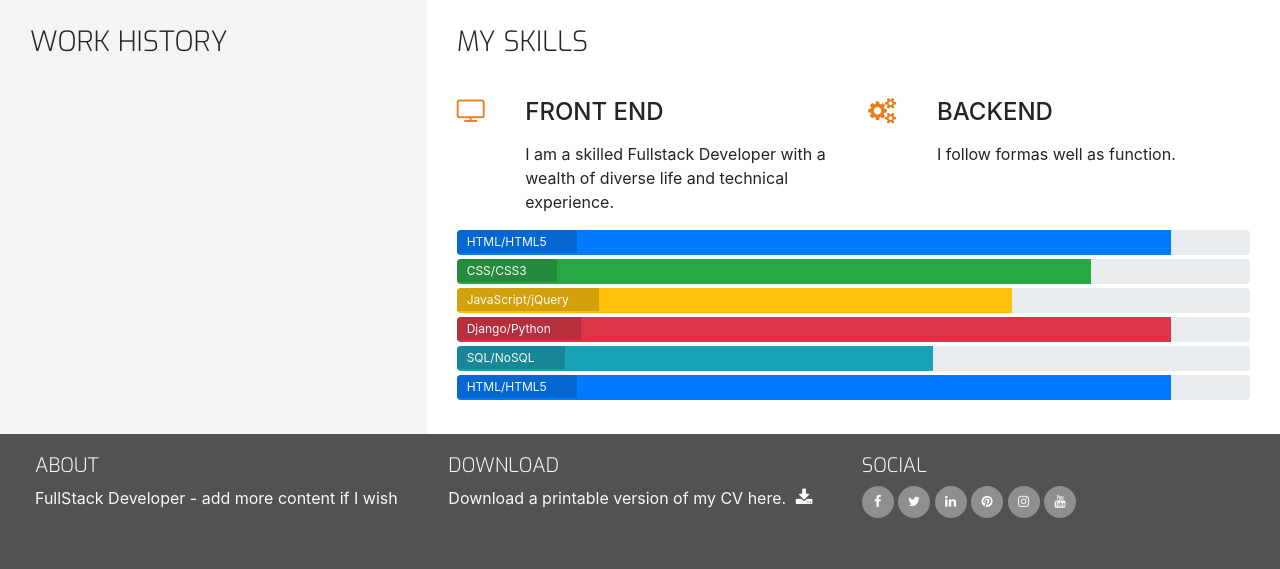
Repository: JustWhiteGit/Rosies-Resume
Page: resume.html
The author's editor kept a record of every edit. The page is drawn from the files as they stood at one moment, then again after the next edit.
The browser window is 1280 px wide. The pictures show the part of the page from y = 369 to 938 px (the page is 938 px tall before and 909 px after).

Above is the page before.

### resume.html
<!DOCTYPE html>
<html lang="en">

<head>
    <meta charset="UTF-8">
    <meta name="viewport" content="width=device-width, initial-scale=1.0">
    <meta http-equiv="X-UA-Compatible" content="ie=edge">
    <link rel="stylesheet" href="https://stackpath.bootstrapcdn.com/bootstrap/4.3.1/css/bootstrap.min.css" type="text/css" />
    <link rel="stylesheet" href="https://stackpath.bootstrapcdn.com/font-awesome/4.7.0/css/font-awesome.min.css" type="text/css" />
    <link rel="stylesheet" href="https://cdnjs.cloudflare.com/ajax/libs/hover.css/2.3.1/css/hover-min.css" type="text/css" />
    <link rel="stylesheet" href="assets/css/styles.css" type="text/css" />
    <title>Rosie</title>
</head>

<body>
    <header>
        <div class="row no-gutters">
            <a href="index.html" class="col-md-4 logo">

            </a>
            <div class="col-md-8">
                <div class="row no-gutters bg-color-name-title">
                    <div class="col heading">
                        <h1 class="name">Rosie Odenkirk</h1>
                        <h2 class="title">Full Stack Developer</h2>
                    </div>
                </div>
                <div class="row no-gutters">
                    <div class="col">
                        <ul id="nav" class="list-inline menucontainer">
                            <li class="col-6 col-sm-3 ui-menu-color-home list-inline-item menuitem">
                                <a href="#" class="hvr-sweep-to-bottom"><i class="fa fa-home" aria-hidden="true"></i><span>Home</span></a>
                            </li>
                            <li class="col-6 col-sm-3 ui-menu-color-resume list-inline-item menuitem">
                                <a href="#" class="hvr-sweep-to-bottom"><i class="fa fa-graduation-cap" aria-hidden="true"></i><span>Resume</span></a>
                            </li>
                            <li class="col-6 col-sm-3 ui-menu-color-contact list-inline-item menuitem">
                                <a href="#" class="hvr-sweep-to-bottom"><i class="fa fa-comment-o" aria-hidden="true"></i><span>Contact</span></a>
                            </li>
                            <li class="col-6 col-sm-3 ui-menu-color-download list-inline-item menuitem">
                                <a href="#" class="hvr-sweep-to-bottom"><i class="fa fa-download" aria-hidden="true"></i><span>Download</span></a>
                            </li>
                        </ul>
                    </div>
                </div>
            </div>
        </div>

    </header>

    <section class="container-fluid">
        <div class="row">
            <div class="col-md-4 bg-color-personal-info section-column">
                <div class="row">
                    <div class="col-12">
                        <h3 class="section-heading uppercase">
                            Work History
                        </h3>
                    </div>
                </div>
            </div>
            <div class="col-md-8 bg-color-three-reasons section-column">
                <div class="row">
                    <div class="col">
                        <h3 class="section-heading uppercase">My Skills </h3>
                    </div>
                </div>
                <div class="row">
                    <div class="col-10 offset-1 offset-sm-0 col-sm-4 col-md-6">
                        <div class="row">
                            <div class="col-2">
                                <i class="three-reasons-icon fa fa-tv" aria-hidden="true"></i>
                            </div>
                            <div class="col-10">
                                <h4 class="three-reasons-heading uppercase">Front End</h4>
                                <p>I am a skilled Fullstack Developer with a wealth of diverse life and technical experience.</p>
                            </div>
                        </div>
                    </div>
                    <div class="col-10 offset-1 offset-sm-0 col-sm-4 col-md-6">
                        <div class="row">
                            <div class="col-2">
                                <i class="three-reasons-icon fa fa-gears" aria-hidden="true"></i>
                            </div>
                            <div class="col-10">
                                <h4 class="three-reasons-heading uppercase">Backend</h4>
                                <p>I follow formas well as function.</p>
                            </div>
                        </div>
                    </div>

                </div>
                <div class="row">
                    <div class="col">
                        <div class="progress">
                            <div class="progress-bar" role="progressbar" aria-valuenow="90" aria-valuemin="0" aria-valuemax="100" style="width:90%">
                                <span class="sr-only">90% complete</span>
                            </div>
                            <span class="progress-type">HTML/HTML5</span>
                        </div>
                        <div class="progress">
                            <div class="progress-bar bg-success" role="progressbar" aria-valuenow="80" aria-valuemin="0" aria-valuemax="100" style="width:80%">
                                <span class="sr-only">80% complete</span>
                            </div>
                            <span class="progress-type">CSS/CSS3</span>
                        </div>
                        <div class="progress">
                            <div class="progress-bar bg-warning" role="progressbar" aria-valuenow="70" aria-valuemin="0" aria-valuemax="100" style="width:70%">
                                <span class="sr-only">70% complete</span>
                            </div>
                            <span class="progress-type">JavaScript/jQuery</span>
                        </div>
                        <div class="progress">
                            <div class="progress-bar bg-danger" role="progressbar" aria-valuenow="90" aria-valuemin="0" aria-valuemax="100" style="width:90%">
                                <span class="sr-only">90% complete</span>
                            </div>
                            <span class="progress-type">Django/Python</span>
                        </div>
                        <div class="progress">
                            <div class="progress-bar bg-info" role="progressbar" aria-valuenow="60" aria-valuemin="0" aria-valuemax="100" style="width:60%">
                                <span class="sr-only">60% complete</span>
                            </div>
                            <span class="progress-type">SQL/NoSQL</span>
                        </div>
                        <div class="progress">
                            <div class="progress-bar" role="progressbar" aria-valuenow="90" aria-valuemin="0" aria-valuemax="100" style="width:90%">
                                <span class="sr-only"></span>
                            </div>
                            <span class="progress-type">HTML/HTML5</span>
                        </div>
                    </div>
                </div>
            </div>
        </div>
    </section>

    <footer class="container-fluid">
        <div id="footer-details" class="row">
            <div class="col-sm-4">
                <h5 class="uppercase general-sub">About</h5>
                <p class="inline-block">
                    FullStack Developer - add more content if I wish
                </p>
            </div>
            <div class="col-sm-4">
                <h5 class="uppercase general-sub">Download</h5>
                <p class="inline-block">
                    Download a printable version of my CV here.
                    <a href="#" target="_blank" class="cv-pdf">
                        <i class="fa fa-download" aria-hidden="true"></i>
                        <span class="sr-only">Download link.</span>
                    </a>
                </p>
            </div>
            <div class="col-sm-4">
                <h5 class="uppercase general-sub">Social</h5>
                <ul class="list-inline social-links">
                    <li class="list-inline-item">
                        <a target="_blank" href="#">
                            <i class="fa fa-facebook" aria-hidden="true"></i>
                            <span class="sr-only">Facebook</span>
                        </a>
                    </li>
                    <li class="list-inline-item">
                        <a target="_blank" href="#">
                            <i class="fa fa-twitter" aria-hidden="true"></i>
                            <span class="sr-only">Twitter</span>
                        </a>
                    </li>
                    <li class="list-inline-item">
                        <a target="_blank" href="#">
                            <i class="fa fa-linkedin" aria-hidden="true"></i>
                            <span class="sr-only">LinkedIn</span>
                        </a>
                    </li>
                    <li class="list-inline-item">
                        <a target="_blank" href="#">
                            <i class="fa fa-pinterest" aria-hidden="true"></i>
                            <span class="sr-only">Pinterest</span>
                        </a>
                    </li>
                    <li class="list-inline-item">
                        <a target="_blank" href="#">
                            <i class="fa fa-instagram" aria-hidden="true"></i>
                            <span class="sr-only">Instagram</span>
                        </a>
                    </li>
                    <li class="list-inline-item">
                        <a target="_blank" href="#">
                            <i class="fa fa-youtube" aria-hidden="true"></i>
                            <span class="sr-only">YouTube</span>
                        </a>
                    </li>
                </ul>

            </div>
        </div>


    </footer>
</body>

</html>

### assets/css/styles.css
@import url('https://fonts.googleapis.com/css?family=Roboto:100,200,300,400,500,600,700|Exo:100,200,300,400,500,600,700');

/*---------------------------------colors*/

.bg-color-name-title {
    background-color: #676767;
}

.bg-color-personal-info {
    background-color: #f4f4f4;
}

.bg-color-three-reasons {
    background-color: #fff;
}

.ui-menu-color-home {
    background-color: #e67e22;
}

.ui-menu-color-resume {
    background-color: #9b59b6;
}

.ui-menu-color-contact {
    background-color: #3498db;
}

.ui-menu-color-download {
    background-color: #525252;
}

/* --------------------------------special paddings/margins/text */

h1,
h2,
h3,
h4 {
    margin: 0;
}

.uppercase {
    text-transform: uppercase;
}

.general-sub {
    font-family: "Exo", sans-serif;
    font-weight: 300;
    color: #fafafa;
}

.row-table {
    display: table;
}


.section-column {
    display: table-cell;
    padding: 0 30px 30px;
    float: none;
}


.section-heading {

    font-family: "Exo", sans-serif;
    font-weight: 300;
    margin-top: 25px;
    margin-bottom: 40px;
}



/* --------------------------------heading */

header {
    margin: 0;
}

.heading {
    margin-left: 50px;
}

.logo {
    background: url("../images/rosie-resume.jpg");
    background-position: center;
    background-repeat: no-repeat;
    background-size: cover;
    min-height: 360px;
    transition: all .5s ease-in-out;
    -moz-transition: all .5s ease-in-out;
    -webkit-transition: all .5s ease-in-out;
}


.name {
    font-family: "Exo", sans-serif;
    font-weight: 100;
    font-size: 46px;
    margin-top: 50px;
    color: #fff;
}

.title {
    font-family: "Roboto", sans-serif;
    font-weight: 200;
    font-size: 28px;
    margin-top: 20px;
    margin-bottom: 90px;
    color: #fff;
}


.list-inline-item:not(:last-child) {
    margin: 0;
}

.menucontainer {
    font-size: 0;
}

#nav {
    margin: 0;
}

#nav li {
    font-size: 14px;
    padding: 0;
}

.menuitem {
    height: 120px;
    text-align: center;
    padding: 0;
}

.menuitem a {
    width: 100%;
    text-decoration: none;
    color: #fff;
    height: 120px;
}

.menuitem a i {
    padding-top: 22px;
    display: block;
    color: #fafafa;
    font-size: 26px;
}

.menuitem span {
    display: block;
    width: 100%;
    padding-top: 5px;
    text-align: center;
    text-transform: uppercase;
    font-size: 14px;
    font-weight: 300;
    letter-spacing: 2px;
}

/* --------------------------------hover.css */

.hvr-sweep-to-bottom:before {
    background-color: rgba(0, 0, 0, 0.2);
    height: 120px;
}


/* --------------------------------footer */

footer {
    background-color: #525252;
    color: #fafafa;
    min-height: 120px;
    margin: 0;
}

.cv-pdf i {
    font-size: 18px;
    color: #fafafa;
    text-align: center;
    padding-left: 5px;
    transition: all 0.35s ease-in-out;
    -moz-transition: all 0.35s ease-in-out;
    -webkit-transition: all 0.35s ease-in-out;
    -o-transition: all 0.35s ease-in-out;
}

.cv-pdf i:hover {
    color: #e84610;
}

.social-links {
    padding-bottom: 15px;
}

.social-links li a i {
    width: 32px;
    height: 32px;
    padding: 12px 0;
    border-radius: 50%;
    font-size: 13px;
    line-height: 7px;
    text-align: center;
    color: #fafafa;
    background: #8f8f8f;
    transition: all 0.35s ease-in-out;
    -moz-transition: all 0.35s ease-in-out;
    -webkit-transition: all 0.35s ease-in-out;
    -o-transition: all 0.35s ease-in-out;
}

.social-links li a i:hover {
    background: #e84610;

}

#footer-details {
    padding: 20px;
}


/* --------------------------------three reasons */

.three-reasons-icon {
    font-size: 26px;
    color: #e67e22;
}

.three-reasons-heading {
    margin-bottom: 15px;
}


/* --------------------------------personal info */

.personal-info-item {
    margin-bottom: 20px;
    display: block;
    clear: both;
}

.personal-info-item .key,
.personal-info-item .value {
    padding-right: 8px;
    display: inline-block;
}

.personal-info-item .key p,
.personal-info-item .value p {
    margin: 0;
}

.personal-info-item .key {
    width: 30%;
    margin-right: 21px;
    padding-top: 2px;
    vertical-align: top;
}

.personal-info-item .key p {
    font-weight: 700;
}


.personal-info-item .value {
    position: relative;
    width: 60%;
}


/* --------------------------------skills */

.progress {
    position: relative;
    height: 25px;
    margin-bottom: 4px;
}

.progress-type {
    position: absolute;
    left: 0px;
    font-weight: 400;
    padding: 3px 30px 2px 10px;
    color: #fafafa;
    background-color: rgba(25, 25, 25, 0.2);
}


.progress-section {
    margin: 40px 20px;
}

After the next edit:
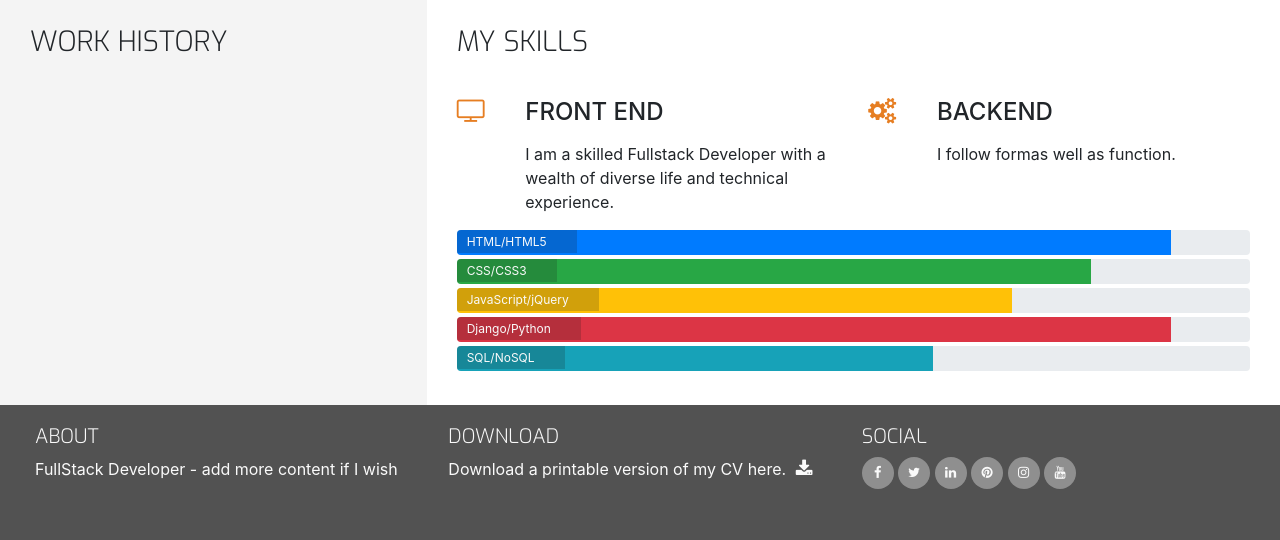
The edit:
--- a/resume.html
+++ b/resume.html
@@ -122,15 +122,10 @@
                             </div>
                             <span class="progress-type">SQL/NoSQL</span>
                         </div>
-                        <div class="progress">
-                            <div class="progress-bar" role="progressbar" aria-valuenow="90" aria-valuemin="0" aria-valuemax="100" style="width:90%">
-                                <span class="sr-only"></span>
-                            </div>
-                            <span class="progress-type">HTML/HTML5</span>
-                        </div>
                     </div>
                 </div>
             </div>
+        </div>
         </div>
     </section>
 
